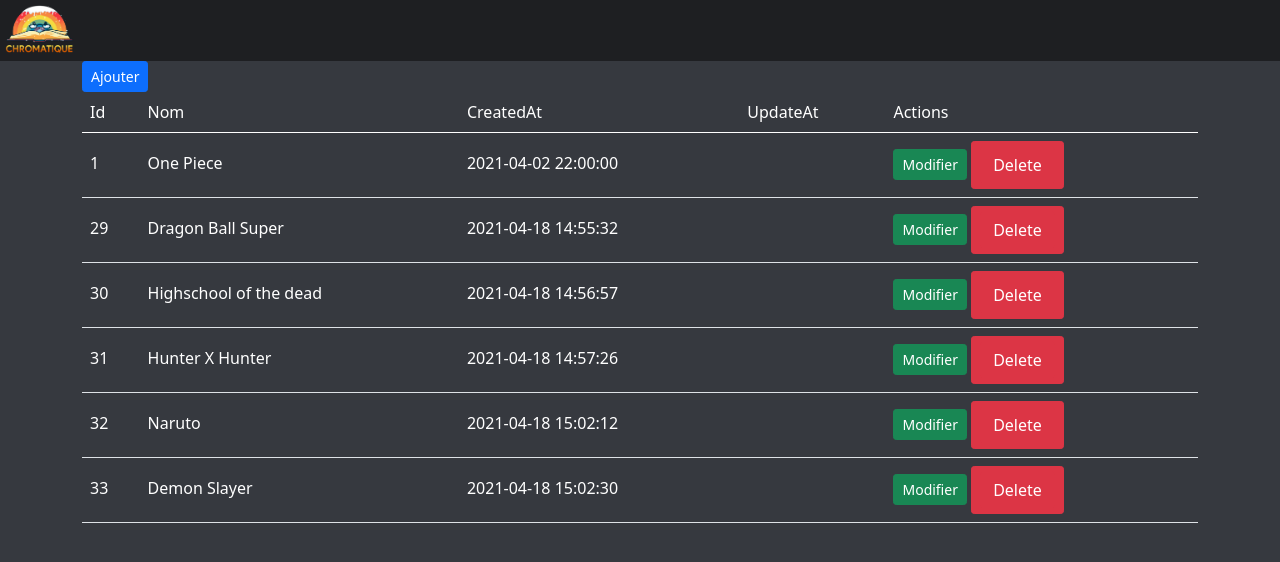
Repository: Codesieg/Chromatique
Page: http://localhost/admin
The author's editor kept a copy of each file at every save. The page is drawn from the files as they stood at one save, then again after the next save.
The browser window is 1280 px wide. The pictures show the whole page.
Some icons come from a web library that is not loaded, so they are not drawn. The page is served by the project's Laravel application, run on PHP 8.4 with Laravel 8. Other server files are loaded and not shown. The database holds what the project's SQL file puts in it.

Above is the page before, as saved 2021-04-20 15:57:47.

### chromatique/routes/web.php
<?php


use Illuminate\Support\Facades\Route;
use App\Http\Controllers\MangasController;
use App\Http\Controllers\TomesController;
use App\Http\Controllers\AdminMangasController;

/*
|--------------------------------------------------------------------------
| Web Routes
|--------------------------------------------------------------------------
|
| Here is where you can register web routes for your application. These
| routes are loaded by the RouteServiceProvider within a group which
| contains the "web" middleware group. Now create something great!
|
*/
//-------------- Route front ----------------
// Route::get('/', [MangasController::class,'browse'])->name('browse_mangas');

Route::get(
    '/',
    [MangasController::class, 'browse']
)->name('browse_mangas');

Route::get(
    '/tome/{id}',
    [TomesController::class,'browse']
)->name('browse_tomes');

//-------------- Route back ----------------

Route::get(
    '/admin',
    [AdminMangasController::class, 'browse']
)->name('admin_browse_mangas');

Route::get(
    '/admin/add',
    [AdminMangasController::class, 'form']
)->name('admin_form_manga');

Route::post(
    '/admin/add',
    [AdminMangasController::class, 'add']
)->name('admin_add_manga');

Route::delete(
    '/admin/delete/{id}',
    [AdminMangasController::class, 'delete']
)->name('admin_delete_manga');

### chromatique/app/Http/Controllers/AdminMangasController.php
<?php

namespace App\Http\Controllers;

use App\Models\Mangas;
use Illuminate\Http\Request;
use App\Http\Controllers\Controller;
use Illuminate\Foundation\Auth\User;

class AdminMangasController extends Controller
{
    /**
     * Show all the mangas in database.
     *
     * @return App\Models\Mangas
     */
    public function browse()
    {
        $listManga = Mangas::all();

        return view('admin/browse', [
            'listMangas' => $listManga
        ]);
    }

    /**
     * Show the mangas by id.
     *
     * @return App\Models\Mangas
     */
    public function read($id)
    {
        return view('admin/details', [
            'manga' => Mangas::find($id)
        ]);
    }

    /**
     * Modify the mangas by id.
     *
     * @return App\Models\Mangas
     */
    public function edit($id)
    {
        return view('edit', [
            'manga' => Mangas::find($id)
        ]);
    }

    /**
     * Add a new manga.
     *
     *
     * @return void
     */
    public function form()
    {
        $uploaderList = User::All();
        // dd($uploaderList);

        return view('admin/form',
        ['uploaderList' => $uploaderList]
    );
    }

    /**
     * Show the application dashboard.
     *
     * @return \Illuminate\Http\Response
     */
    public function add(Request $request)
    {
        $mangaName = $request->input('mangaName');
        // $mangaJacket = $request->input('mangaJacket');
        $author = $request->input('author');
        $synopsis = $request->input('synopsis');
        $userId = $request->input('userId');

        $this->validate($request, [
                'mangaJacket' => 'required',
                'mangaJacket.*' => 'mimes:jpg,png'
        ]);
         // à la création d'un nouveua manga il faut créer un nouveau dossier
        // Récupérer le nom du fichier et le renomer

        if($request->hasfile('mangaJacket'))
        {
            $jacket = $request->file('mangaJacket');
            // dump($jacket->path());
            // dump($jacket->hashName());
            $name = '/' . $mangaName . '/' . $mangaName . '.' . $jacket->extension();
            // dump($name);

            $jacket->move(public_path().'/assets/mangas/'. ucfirst($mangaName), $name);
        }

        $file= new Mangas();
        $file->manga_name = $mangaName;
        $file->manga_jacket = ucfirst($name);
        $file->author = $author;
        $file->synopsis = $synopsis;
        $file->users_id = $userId ;
        $file->created_at = new \datetime();
        $file->save();

        // return redirect()->route('profile');
        return back()->with('success', 'Data Your files has been successfully added');
    }

    /**
     * DELETE a  manga.
     *
     * @return App\Models\Mangas
     */
    public function delete($id)
    {
        $manga = Mangas::find($id);

        if ($manga) {
            $manga::destroy($id);
            return back()->with($id . " supprimer", 200);
        } else {
            return back()->with('nop');
        }
    }

}

### chromatique/app/Models/Mangas.php
<?php

namespace App\Models;

use Illuminate\Database\Eloquent\Factories\HasFactory;
use Illuminate\Database\Eloquent\Model;

class Mangas extends Model
{
    use HasFactory;
    protected $fillable = [
        'manga_name',
        'manga_jacket',
        'author',
        'synopsis',
        'manga_banner',
        'users_id',
    ];
}

### chromatique/resources/views/admin/browse.blade.php
@extends ('layout')

@section('contenu')

<div class="container">
    <div class="add">
        <button type="button" class="btn btn-primary btn-sm"><a class="text-decoration-none text-white" href="{{route('admin_form_manga')}}">Ajouter</a></button>
    </div>

    <div class="col-12">
        <table class="table">
            <thead>
            <tr>
                <th class="text-white">Id</th>
                <th class="text-white">Nom</th>
                <th class="text-white">CreatedAt</th>
                <th class="text-white">UpdateAt</th>
                <th class="text-white">Actions</th>
            </tr>
            </thead>
            <tbody>
            @foreach ($listMangas as $manga)
            <tr>
                <td class="text-white">{{$manga->id}}</td>
                <td class="text-white">{{$manga->manga_name}}</td>
                <td class="text-white">{{$manga->created_at}}</td>
                <td class="text-white">{{$manga->update_at}}</td>
                <td>
                    <button type="button" class="btn btn-success btn-sm text-decoration-none text-white">
                        <a class="text-decoration-none text-white"  href="">Modifier</a>
                    </button>
                    <button type="button" class="btn btn-danger btn-sm text-decoration-none text-white">
                        <form action="{{route('admin_delete_manga', ['id' => $manga->id])}}" method="post">
                            <input class="btn btn-danger" type="submit" value="Delete">
                            <input type="hidden" name="_method" value="delete" />
                            <input type="hidden" name="_token" value="{{ csrf_token() }}">
                        </form>
                    </button>
                </td>
            </tr>
            @endforeach
            </tbody>
        </table>
    </div>
</div>
@endsection

### chromatique/resources/views/layout.blade.php
<!DOCTYPE html>
<html lang="fr">

<head>
    <meta charset="UTF-8">
    <meta http-equiv="X-UA-Compatible" content="IE=edge">
    <meta name="viewport" content="width=device-width, initial-scale=1.0">
    <title>Chromatique</title>
    <link rel="stylesheet" href="https://maxst.icons8.com/vue-static/landings/line-awesome/line-awesome/1.3.0/css/line-awesome.min.css">
    <link rel="stylesheet" href="<?= asset('assets/css/reset.css') ?>">
    <link href="https://cdn.jsdelivr.net/npm/bootstrap@5.0.0-beta3/dist/css/bootstrap.min.css" rel="stylesheet" integrity="sha384-eOJMYsd53ii+scO/bJGFsiCZc+5NDVN2yr8+0RDqr0Ql0h+rP48ckxlpbzKgwra6" crossorigin="anonymous">

    <link rel="stylesheet" href="<?= asset('assets/css/style.css') ?>">
</head>

<header>
    <div class="infos-menu">
        <div class="wrapper-menu">
            <img class="logo" src="<?= asset('assets/img/logo.png') ?>" alt="">
            <a href="{{route('browse_mangas')}}"><i class="las la-3x la-home white"></i></a>
            <a href="{{route('admin_browse_mangas')}}"><i class="las la-3x la-user-shield white"></i></a>
            <a href="https://discord.gg/3HH8Usj"><i class="lab la-3x la-discord white"></i></a>
            <a href="#"><i class="lab la-3x la-telegram white"></i></a>
            <a href="#"><i class="las la-3x la-info-circle white"></i></a>
        </div>
    </div>
</header>
<body >
    <!-- wrap -->

    @yield('contenu')



</body>
<script src="https://cdn.jsdelivr.net/npm/bootstrap@5.0.0-beta3/dist/js/bootstrap.bundle.min.js" integrity="sha384-JEW9xMcG8R+pH31jmWH6WWP0WintQrMb4s7ZOdauHnUtxwoG2vI5DkLtS3qm9Ekf" crossorigin="anonymous"></script>

</html>

### chromatique/public/assets/css/reset.css
/* http://meyerweb.com/eric/tools/css/reset/
   v2.0 | 20110126
   License: none (public domain)
*/

html,
body,
div,
span,
applet,
object,
iframe,
h1,
h2,
h3,
h4,
h5,
h6,
p,
blockquote,
pre,
a,
abbr,
acronym,
address,
big,
cite,
code,
del,
dfn,
em,
img,
ins,
kbd,
q,
s,
samp,
small,
strike,
strong,
sub,
sup,
tt,
var,
b,
u,
i,
center,
dl,
dt,
dd,
ol,
ul,
li,
fieldset,
form,
label,
legend,
table,
caption,
tbody,
tfoot,
thead,
tr,
th,
td,
article,
aside,
canvas,
details,
embed,
figure,
figcaption,
footer,
header,
hgroup,
menu,
nav,
output,
ruby,
section,
summary,
time,
mark,
audio,
video {
    margin: 0;
    padding: 0;
    border: 0;
    font-size: 100%;
    font: inherit;
    vertical-align: baseline;
}

a {
    text-decoration: none;
}


/* HTML5 display-role reset for older browsers */

article,
aside,
details,
figcaption,
figure,
footer,
header,
hgroup,
menu,
nav,
section {
    display: block;
}

body {
    line-height: 1;
}

ol,
ul {
    list-style: none;
}

blockquote,
q {
    quotes: none;
}

blockquote:before,
blockquote:after,
q:before,
q:after {
    content: '';
    content: none;
}

table {
    border-collapse: collapse;
    border-spacing: 0;
}

### chromatique/public/assets/css/style.css
body {
    margin: 0;
    background-color: #36393F;
}

.logo {
    margin: 5px 5px 5px 5px;
    width: 10%;
}

.logo__left {
    width: 50px
}

.infos-menu {
    display: flex;
    align-items: center;
    justify-content: space-between;
    background-color: #1e1f22;
    position: sticky;
}

.infos-menu i {
    margin-left: 2px;
}

.wrapper-menu {
    display: flex;
    align-items: center;
}

.la-user-shield {
    margin: 0 10px 0 0;
}

.search {
    position: relative;
    margin: 10px 0 0 0;
    float: left;
    top: 50px;
    right: 50px;
}

.field {
    border: 0 !important;
    width: 100% !important;
    height: 100% !important;
    padding: 10px 20px !important;
    background: white !important;
    border-radius: 3px !important;
    box-shadow: 0px 8px 15px rgba(75, 72, 72, 0.1) !important;
    -webkit-transition: all 0.4s ease !important;
    transition: all 0.4s ease !important;
}

.login {
    display: flex;
    align-items: center;
    margin: 0 20px 0 0px;
}

.login a {
    margin: 0 5px 0 5px;
    text-decoration: none;
    font-size: 1.5em;
    color: #fff;
    padding: 5px 5px 5px 5px;
}

.dropdown-login {
    position: relative;
    display: inline-block;
    margin: 0 0 0 50px;
}

.dropdown-login:hover .dropdown-content {
    display: flex;
    flex-direction: column;
}

.dropdown-content {
    display: none;
    position: absolute;
    background-color: #1e1f22;
    min-width: 260px;
    top: 85%;
    right: 5%;
    box-shadow: 0px 8px 16px 0px rgba(0, 0, 0, 0.2);
    padding: 30px 8px 16px 8px;
    z-index: 1;
}

.white {
    color: #ffff;
    text-decoration: none;
}

p {
    color: white;
}

h1 {
    font-size: 1.5em;
    text-align: center;
    padding: 10px 0 0 0;
}

.main {
    width: 80%;
    margin: 20px auto;
    display: flex;
    justify-content: center;
}

.content {
    display: flex;
    flex-direction: column;
}

.hot {
    border-bottom: solid #DCDDDE 1px;
    color: #DCDDDE;
    font-size: 1.8em;
    padding: 0 0 5px 0;
}

.cards {
    display: flex;
    justify-content: center;
    align-self: center;
    flex-wrap: wrap;
    width: 60%;
}

.card {
    background-color: #1e1f22;
    margin: 10px;
    padding: 10px;
    display: flex;
    flex-direction: column;
}

.card p {
    text-align: center;
    margin: 7px 0 0 0;
}

.stats {
    display: flex;
    margin: 10px 0 10px 0;
}

.views {
    display: flex;
}

.resume {
    width: 75%;
    margin: 5px 0 0 0;
    font-size: 1.2em;
    font-family: 'Lucida Sans', 'Lucida Sans Regular', 'Lucida Grande', 'Lucida Sans Unicode', Geneva, Verdana, sans-serif;
}

.cover {
    width: 290px;
    height: 450px;
    display: flex;
    align-self: center;
}

.main-cover {
    position: relative;
    float: right;
    top: 50px;
    left: 100px;
}


/*  Détails page */

### Docs/chromatique.sql (the tables this page reads)
CREATE TABLE IF NOT EXISTS `mangas` (
  `id` int(10) UNSIGNED NOT NULL AUTO_INCREMENT,
  `manga_name` varchar(45) DEFAULT NULL COMMENT 'Nom du manga',
  `author` varchar(45) DEFAULT NULL COMMENT 'Auteur du manga',
  `synopsis` mediumtext COMMENT 'Résumé du manga',
  `manga_jacket` varchar(255) NOT NULL COMMENT 'Couverture du manga',
  `manga_banner` varchar(45) DEFAULT NULL COMMENT 'bannière de page du manga',
  `manga_directory` varchar(60) DEFAULT NULL,
  `home_order` int(11) DEFAULT '0',
  `created_at` timestamp NULL DEFAULT NULL,
  `updated_at` timestamp NULL DEFAULT NULL,
  `users_id` int(10) UNSIGNED NOT NULL,
  `chapter_id` int(11) NOT NULL,
  PRIMARY KEY (`id`,`users_id`),
  UNIQUE KEY `id_UNIQUE` (`id`),
  KEY `fk_mangas_users1_idx` (`users_id`)
) ENGINE=InnoDB AUTO_INCREMENT=34 DEFAULT CHARSET=utf8;

INSERT INTO `mangas` (`id`, `manga_name`, `author`, `synopsis`, `manga_jacket`, `manga_banner`, `manga_directory`, `home_order`, `created_at`, `updated_at`, `users_id`, `chapter_id`) VALUES
(1, 'One Piece', NULL, NULL, '/tome_93/tome-93.jpg', NULL, '/One_Piece', 0, '2021-04-02 22:00:00', NULL, 1, 0),
(29, 'Dragon Ball Super', NULL, NULL, '/Dragon Ball Super/Dragon Ball Super.jpg', NULL, NULL, 0, '2021-04-18 14:55:32', '2021-04-18 14:55:32', 1, 0),
(30, 'Highschool of the dead', NULL, NULL, '/Highschool of the dead/Highschool of the dead.jpg', NULL, NULL, 0, '2021-04-18 14:56:57', '2021-04-18 14:56:57', 1, 0),
(31, 'Hunter X Hunter', NULL, NULL, '/Hunter X Hunter/Hunter X Hunter.jpg', NULL, NULL, 0, '2021-04-18 14:57:26', '2021-04-18 14:57:26', 1, 0),
(32, 'Naruto', NULL, NULL, '/Naruto/Naruto.jpg', NULL, NULL, 0, '2021-04-18 15:02:12', '2021-04-18 15:02:12', 1, 0),
(33, 'Demon Slayer', NULL, NULL, '/Demon Slayer/Demon Slayer.jpg', NULL, NULL, 0, '2021-04-18 15:02:30', '2021-04-18 15:02:30', 1, 0);

ALTER TABLE `mangas`
  ADD CONSTRAINT `fk_mangas_users1` FOREIGN KEY (`users_id`) REFERENCES `users` (`id`) ON DELETE NO ACTION ON UPDATE NO ACTION;

Loaded but not shown: chromatique/app/Providers/AppServiceProvider.php (common file); chromatique/app/Http/Controllers/Controller.php (common file)

After the next save:
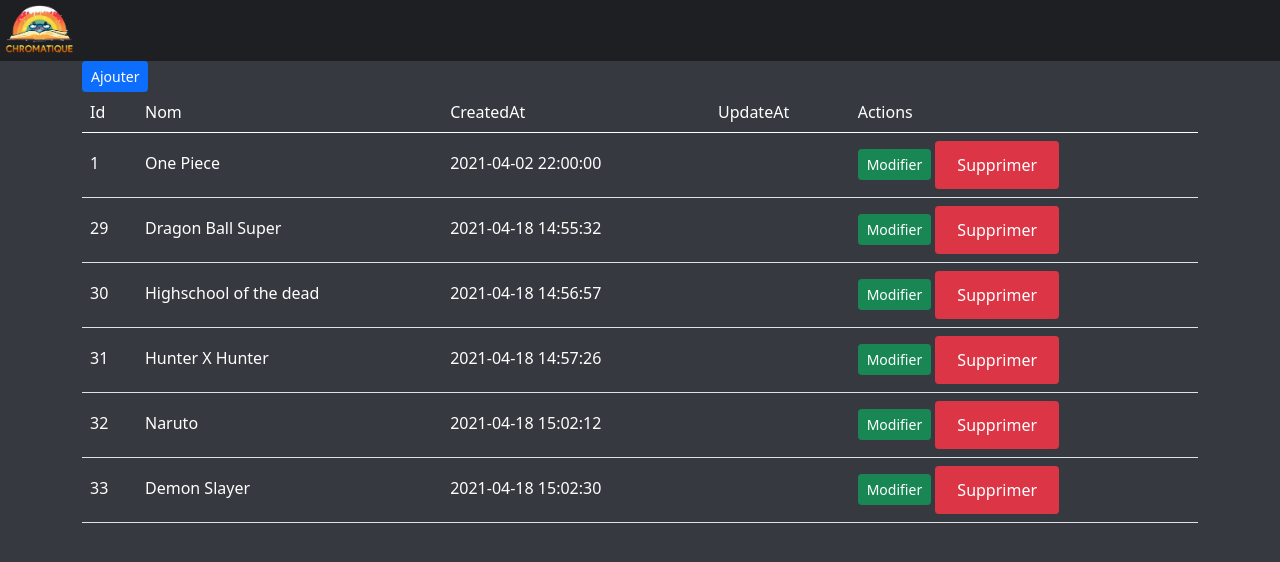
Saved 20 s later.
--- a/chromatique/resources/views/admin/browse.blade.php
+++ b/chromatique/resources/views/admin/browse.blade.php
@@ -31,7 +31,7 @@
                     </button>
                     <button type="button" class="btn btn-danger btn-sm text-decoration-none text-white">
                         <form action="{{route('admin_delete_manga', ['id' => $manga->id])}}" method="post">
-                            <input class="btn btn-danger" type="submit" value="Delete">
+                            <input class="btn btn-danger" type="submit" value="Supprimer">
                             <input type="hidden" name="_method" value="delete" />
                             <input type="hidden" name="_token" value="{{ csrf_token() }}">
                         </form>
